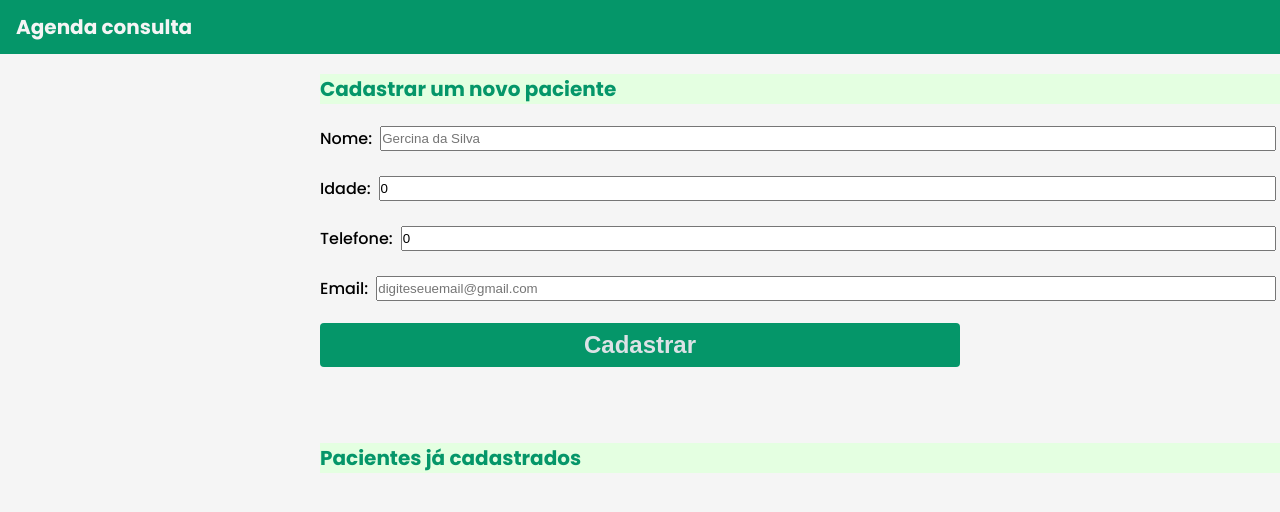
Repository: BarbaraCD/agendaconsulta
Page: /
These files come from the project's save history. The page is drawn as it stood at one moment and after a run of saves; the edit follows.
The browser window is 1280 px wide. The pictures show the whole page.
The page's requests for data from a server got no answer. The project was rebuilt for these pictures with package versions that can differ from the ones it lists, and the page was loaded fresh each time. No one was signed in, and anything a server would have sent is missing. Also part of the build but not shown: vite.config.ts, src/styles/StyleList.ts, src/components/Patients.tsx.

Above is the page before, as saved 2023-07-31 09:24:11.

### index.html
<!DOCTYPE html>
<html lang="en">
  <head>
    <meta charset="UTF-8" />
    <link rel="icon" type="image/svg+xml" href="/vite.svg" />
    <meta name="viewport" content="width=device-width, initial-scale=1.0" />

    <link rel="preconnect" href="https://fonts.googleapis.com">
    <link rel="preconnect" href="https://fonts.gstatic.com" crossorigin>
    <link href="https://fonts.googleapis.com/css2?family=Poppins:wght@400;500;700&display=swap" rel="stylesheet">

    <title>Agendamento de Consulta</title>
  </head>
  <body>
    <div id="root"></div>
    <script type="module" src="/src/main.tsx"></script>
  </body>
</html>

### src/main.tsx
import React from 'react'
import ReactDOM from 'react-dom/client'
import App from './App.tsx'
import { ThemeProvider } from 'styled-components'
import { theme } from './styles/Theme.ts'

ReactDOM.createRoot(document.getElementById('root')!).render(
  <React.StrictMode>
    <ThemeProvider theme={theme}>
      <App />
    </ThemeProvider>
  </React.StrictMode>,
)

### src/App.tsx
import './styles/global'
import { Header } from './components/Header'
import GlobalStyle from './styles/global'
import { CreatePatient } from './components/CreatePatient'

function App() {

  return (
    <>
      <GlobalStyle />
      <Header />
      {/* <Sidebar /> */}
      {/* <CreateDoctor/> */}
      <CreatePatient />

    </>
  )
}

export default App

### src/styles/Theme.ts

export const theme = {
  colors: {
    primary: '#059669',
    head: '#059669B3',
    900: '#6A8D73',
    800: '#AFC5A6',
    700: '#F4FDD9',
    100: '#E4FFE1',

    sbcolor: '#DCE2E6',
    gray: '#41414D',
    black: '#000',
    white: '#f5f5f5',
  },

  size: {
    sm: '14px',
    md: '16px',
    lg: '18px',
    xl: '20px',
    xxl: '24px'
  }
}

### src/styles/global.ts
import { createGlobalStyle } from 'styled-components'

export default createGlobalStyle`
  *{
    margin: 0;
    padding: 0;
    box-sizing: border-box;
  }
  body{
    font-family: 'Poppins', sans-serif;
    background: ${(props) => props.theme.colors.white};
    font-size: ${(props) => props.theme.size.xl};
  }
`

### src/components/Header.tsx
import { styled } from "styled-components"

const Container = styled.div`
  background-color: ${(props) => props.theme.colors.primary};
  padding: 12px 16px;
  color: ${(props) => props.theme.colors.white};
  font-weight: 700;
`

export function Header(){
  return (
    <Container>
      Agenda consulta
    </Container>
  )
}

### src/components/CreatePatient.tsx
import { useEffect, useState } from 'react'
import { Patients, PatientsProps } from './Patients'
import { createPatient, getPatient } from '../services/patient.services'
import { InputPatients } from './InputPatient'
import { SubmitButton } from './SubmitButton'
import { Container, Container2, Container3 }  from '../styles/CreateContainer'


export function CreatePatient(){

  const [patients, setPatients] = useState<PatientsProps[]>([])
  const [newPatient, setNewPatient] = useState<PatientsProps>({
    id: 0,
    name: '',
    age: 0,
    telephone: 0,
    email:''
  })

  useEffect(() => {
    fetchPatient().catch((error) => {
      console.error('Error fetching Patients:', error);
    });
  }, []);

  async function fetchPatient() {
    try {
      const response: PatientsProps[] = await getPatient();
      setPatients(response);
    } catch (error) {
      console.error('Error fetching Patients:', error);
    }
  }

  async function createNewPatient(){
    if(
      newPatient?.name.trim() !== '' &&
      typeof newPatient?.age === 'number' && newPatient?.age > 0 &&
      typeof newPatient?.telephone === 'number' && newPatient?.telephone > 0 &&
      newPatient?.email.trim() !== ''
      ){
        try {
          await createPatient(newPatient.name, newPatient.age, newPatient.telephone, newPatient.email);
          await fetchPatient();
            setNewPatient({
              id: 0,
              name: '',
              age: 0,
              telephone: 0,
              email: ''
            })
        console.log("Médico cadastrado com sucesso!")
        } catch(error){
          console.log("Erro ao cadastrar medico:", error)
        }
      } else {
        console.error("Por favor, preencha todos os campos corretamente.")
      }
  }

  return(
    <Container>
      <Container2>
      <h3>Cadastrar um novo paciente</h3>
        <InputPatients
          name={newPatient.name}
          age={newPatient.age}
          telephone={newPatient.telephone}
          email={newPatient.email}
          onNameChange={(value) => setNewPatient({ ...newPatient, name: value })}
          onAgeChange={(value) => setNewPatient({ ...newPatient, age: value })}
          onTelephoneChange={(value) => setNewPatient({ ...newPatient, telephone: value})}
          onEmailChange={(value) =>
            setNewPatient({ ...newPatient, email: value })
          }
        />

          <SubmitButton onClick={createNewPatient}/>
        </Container2>

        <Container3>
          <h3>Pacientes já cadastrados</h3>
          {patients.length > 0 && (
            patients.map((patients) => (
              <Patients
                id={patients.id}
                key={patients.id}
                name={patients.name}
                age={patients.age}
                telephone={patients.telephone}
                email={patients.email}
              />
            ))
          )}
        </Container3>

    </Container>
  )
}

### src/services/patient.services.ts
import axios from 'axios';
import { PatientsProps } from '../components/Patients'
import { api } from './ApiConfig'

export async function getPatient(): Promise<PatientsProps[]> {
  try {
    const response = await axios.get('http://localhost:3333/patient');
    // eslint-disable-next-line @typescript-eslint/no-unsafe-return
    return response.data;
  } catch (error) {
    throw new Error('Erro ao obter dados dos pacientes:');
  }
}

export async function createPatient(name: string, age: number, telephone: number, email: string){
  return api.post('/patient', {
    name,
    age,
    telephone,
    email,
  })
}

### src/components/InputPatient.tsx
import { InputContainer } from '../styles/InputContainer'

interface InputPatientsProps{
  name: string
  age: number
  telephone: number
  email: string
  onNameChange: (value: string) => void
  onAgeChange: (value: number) => void
  onTelephoneChange: (value: number) => void
  onEmailChange: (value: string) => void
}

export function InputPatients(props: InputPatientsProps) {
  return (
    <InputContainer>
        <label>
          <p>Nome:</p>
          <input
            type="text"
            name="nome"
            value={props.name}
            onChange={(event) => props.onNameChange(event.target.value)}
            placeholder='Gercina da Silva'
          />
        </label>
        <br />
        <label>
          <p>Idade:</p>
          <input
            type="text"
            name="idade"
            value={props.age}
            onChange={(event) => props.onAgeChange(Number(event.target.value))}
            placeholder='idade'
          />
        </label>
        <br />
        <label>
          <p>Telefone:</p>
          <input
            type="text"
            name="telefone"
            value={props.telephone}
            onChange={(event) => props.onTelephoneChange(Number(event.target.value))}
          />
        </label>
        <br />
        <label>
          <p>Email:</p>
          <input
            type="text"
            name="email"
            value={props.email}
            onChange={(event) => props.onEmailChange(event.target.value)}
            placeholder='digiteseuemail@gmail.com'
          />
        </label>
    </InputContainer>
  );
}

### src/components/SubmitButton.tsx
import { styled } from "styled-components"

interface SubmitButtonProps {
  onClick: () => void
}

const StyledButton = styled.button`
  padding: 8px;
  width: 50vw;
  margin: 12px 0;
  border-radius: 4px;
  color: ${(props) => props.theme.colors.sbcolor};
  border: none;
  background-color: ${(props) => props.theme.colors.primary};
  cursor: pointer;

  p{
    font-size: ${(props) => props.theme.size.xxl};
    font-weight: 700;
  }
`

export function SubmitButton({ onClick }: SubmitButtonProps) {
  return (
    <StyledButton onClick={onClick}>
      <p>
        Cadastrar
      </p>
    </StyledButton>
  )
}

### src/styles/CreateContainer.ts
import styled from "styled-components"

export const Container = styled.div`
  background-color: ${(props) => props.theme.colors.white};
  justify-content: start;
  align-items: center;
`

export const Container2 = styled.div`
  display: flex;
  flex-direction: column;
  margin-left: 320px;
  padding: 20px 0;

  h3{
    font-size: ${(props) => props.theme.size.xl};
    color: ${(props) => props.theme.colors.primary};
    background-color: ${(props) => props.theme.colors[100]};
    margin-bottom: 12px;
  }

`
export const Container3 = styled.div`
  margin-top: 24px;
  flex-direction: column;
  margin-left: 320px;
  padding: 20px 0;

  h3{
    font-size: ${(props) => props.theme.size.xl};
    color: ${(props) => props.theme.colors.primary};
    background-color: ${(props) => props.theme.colors[100]};
    margin-bottom: 12px;
  }
`

### src/services/ApiConfig.ts
import axios from "axios";

export const api = axios.create({
  baseURL: 'http://localhost:3333',
})

### src/styles/InputContainer.ts
import styled from "styled-components"

export const InputContainer = styled.div`

  color: ${(props) => props.theme.colors.black};
  font-size: ${(props) => props.theme.size.md};
  padding: 10px 0;

  h3 {
    background-color: ${(props) => props.theme.colors[100]};
    color: ${(props) => props.theme.colors.primary};
    margin-bottom: 10px;
  }

  label {
    display: flex;
    margin-right: 4px;
  }

  p{
    font-size: ${(props) => props.theme.size.md};
    font-weight: 500;
  }

  input {
    width: 80vw;
    margin-left: 8px;
  }
`

After the next 2 saves:
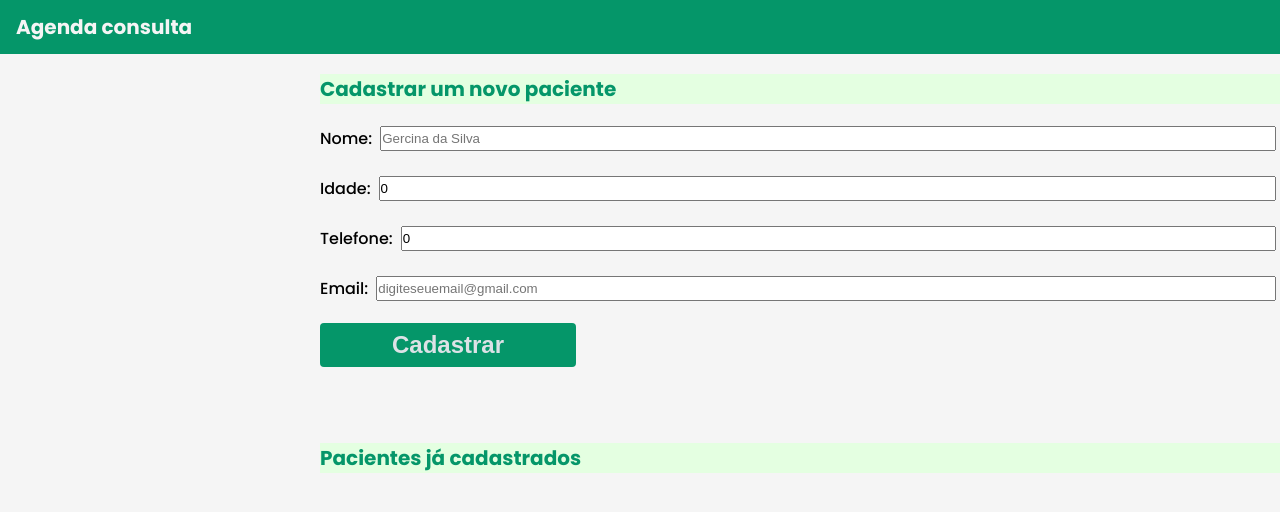
The 2 saves are shown as one change because they came seconds apart.
The last was saved 9 s later.
--- a/src/components/SubmitButton.tsx
+++ b/src/components/SubmitButton.tsx
@@ -6,7 +6,7 @@ interface SubmitButtonProps {
 
 const StyledButton = styled.button`
   padding: 8px;
-  width: 50vw;
+  width: 20vw;
   margin: 12px 0;
   border-radius: 4px;
   color: ${(props) => props.theme.colors.sbcolor};
